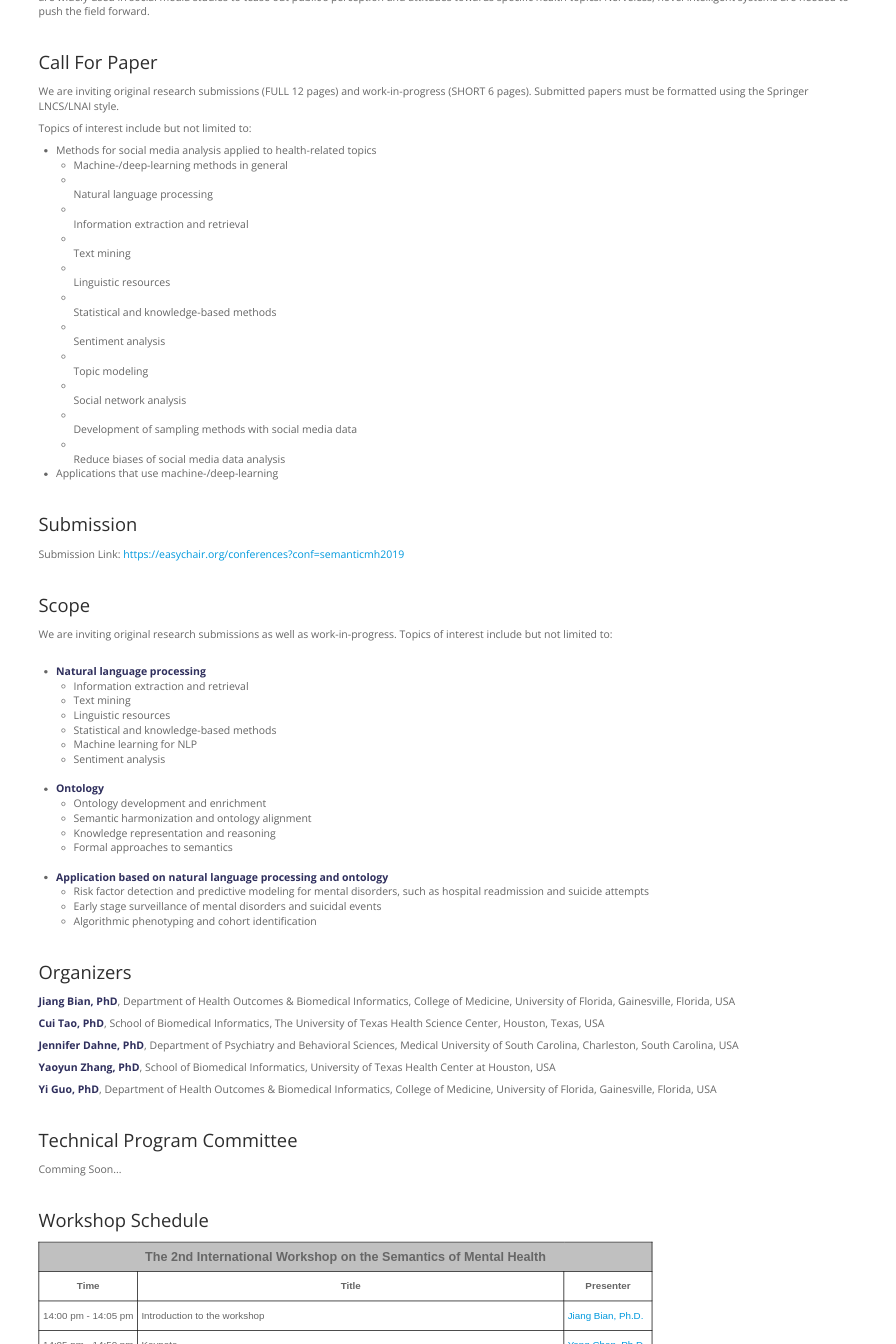
Repository: bianjiang/semantics-powered.org
Page: ISSWHR-2020/index.html
These files come from the project's save history. The page is drawn as it stood at one moment and after a run of saves; the edit follows.
The browser window is 1280 px wide. The pictures show the part of the page from y = 700 to 2620 px (the page is 3126 px tall before and 2979 px after), at 70% of full size.
Some web libraries are served in a nearby version.

Above is the page before, as saved 2019-10-26 16:58:03.
Console error (its wording comes from the project's code and is left out).

### ISSWHR-2020/index.html
<!DOCTYPE html>
<!--[if lt IE 7]>      <html class="no-js lt-ie9 lt-ie8 lt-ie7"> <![endif]-->
<!--[if IE 7]>         <html class="no-js lt-ie9 lt-ie8"> <![endif]-->
<!--[if IE 8]>         <html class="no-js lt-ie9"> <![endif]-->
<!--[if gt IE 8]><!-->
<html class="no-js">
<!--<![endif]-->

<head>
  <meta charset="utf-8">
  <meta http-equiv="X-UA-Compatible" content="IE=edge,chrome=1">
  <title></title>
  <meta name="description" content="">
  <meta name="viewport" content="width=device-width">

  <link rel="stylesheet" href="css/bootstrap.min.css">
  <style>
    body {
      padding-top: 60px;
      padding-bottom: 40px;
    }
  </style>
  <link rel="stylesheet" href="css/bootstrap-responsive.min.css">
  <link rel="stylesheet" href="css/main.css">

  <script src="js/vendor/modernizr-2.6.2-respond-1.1.0.min.js"></script>
</head>

<body class="preview" id="top" data-spy="scroll" data-target=".subnav" data-offset="80">
  <!--[if lt IE 7]>
            <p class="chromeframe">You are using an <strong>outdated</strong> browser. Please <a href="http://browsehappy.com/">upgrade your browser</a> or <a href="http://www.google.com/chromeframe/?redirect=true">activate Google Chrome Frame</a> to improve your experience.</p>
        <![endif]-->

  <!-- This code is taken from http://twitter.github.com/bootstrap/examples/hero.html -->

  <div class="navbar navbar-fixed-top">
    <div class="navbar-inner">
      <div class="container">

        <a class="btn btn-navbar" data-toggle="collapse" data-target=".nav-collapse">
                        <span class="icon-bar"></span>
                        <span class="icon-bar"></span>
                        <span class="icon-bar"></span>
                    </a>
        <a class="brand" href="#">&nbsp;</a>
        <div class="nav-collapse collapse">
          <ul class="nav">
            <li class="active"><a href="#">Home</a></li>
            <!--
                            <li><a href="#aboutxx">About</a></li>
                            <li><a href="#contact">Contact</a></li>
                            -->
          </ul>
        </div>

      </div>

    </div>
  </div>

  <div class="container">

    <!-- Main hero unit for a primary marketing message or call to action -->
    <!--
            <div class="hero-unit">
                <h1>Hello, world!</h1>
                <p>This is a template for a simple marketing or informational website. It includes a large callout called the hero unit and three supporting pieces of content. Use it as a starting point to create something more unique.</p>
                <p><a class="btn btn-primary btn-large">Learn more &raquo;</a></p>
            </div>
            -->
    <!-- Masthead
================================================== -->
    <header class="jumbotron subhead" id="overview">
      <div class="row">
        <div class="span12">
          <br/>
          <h2>Intelligent Systems in Social Web and Health Research 2020 (ISSWHR 2020)</h2>
          <p>In conjunction with the <a href="https://jsasaki3.wixsite.com/ieaaie2020" target="_blank">The 33th International Conference on Industrial, Engineering & Other Applications of Applied Intelligent Systems</a> (IEA/AIE 2020)</p>
          <p>To be held in Kitakyushu, Japan</p>
          <p>July 21-24, 2020</p>
        </div>
        <div class="span6">
          <!--
      <div class="bsa well">
          <div id="bsap_1277971" class="bsarocks bsap_c466df00a3cd5ee8568b5c4983b6bb19"></div>
      </div>
    -->
        </div>
      </div>
      <div class="subnav">
        <ul class="nav nav-pills">
          <li><a href="#history">History</a></li>
          <li><a href="#overview">Overview</a></li>
          <!-- <li><a href="#audience">Audience</a></li> -->
          <li><a href="#callforpaper">Call For Paper</a></li>
          <li><a href="#submissions">Submission</a></li>
          <!-- <li><a href="#rational">Rational</a></li>
          <li><a href="#workshopstructure">Workshop Structure</a></li> -->
          <!-- <li><a href="#publicity">Publicity</a></li> -->
          <li><a href="#scope">Scope</a></li>
          <li><a href="#organizers">Organizers</a></li>
          <li><a href="#techprogcom">Technical Program Committee</a></li>
        </ul>
      </div>
    </header>

    <!-- <section id="History">
      <div class="row">
        <div class="span12">
          <h3>History</h3>
          <p>The 1st International Workshop on the Semantics of Mental Health (SemanticMH 2018) was successfully organized and hosted in conjunction with the sixth IEEE International Conference on Healthcare Informatics (ICHI 2018) on June 7th, 2018 in New York City, NY, USA.  Overall, we received 7 high quality submissions and we accepted 6 of them.  The accepted papers were published in the IEEE ICHI 2018 workshop proceedings; and we invited the authors of these 6 accepted papers to submit an extended journal version to a special issue (“Special Issue: Semantics of Mental Health”) in the Health Informatics Journal (IF 3.021).
           All authors presented their work in ICHI 2018; and we have invited two keynote speakers (i.e., Drs. Jessie Tenenbaum and Piper Ranallo) from the Mental Health Informatics Working Group (WG) of the American Medical Informatics Association (AMIA) to present a report from the WG titled, “Mental Health Informatics and Knowledge Representation.”  Overall, SemanticsMH 2018 was highly successful and facilitated the exchange of scholar ideas from a group of interdisciplinary researches.
        </p>
        </div>
      </div>
    </section> -->

    <section id="overview">
      <div class="row">
        <div class="span12">
          <h3>Overview</h3>
          <p>Many health behaviors and decisions, despite being an individual choice, are often influenced by social and cultural context.  As people's activities and communication on the Web increase, information about their social activities and interactions become more available.  User-generated contents on the social web including Twitter, Facebook, Instagram, web sites, and blogs, as well as the future semantic web, afford us enormous opportunity for health-related research.  Today’s researchers are mining these big datasets for patterns and trends that can lead to new hypotheses, new discoveries, and new interventions.  How can you tap into the wealth of social web data to understand the intersections of individual behaviors, social-environmental factors, and social interactions to answer scientific questions?  How can you leverage the new communication landscape (Internet penetration, online communities, social media, and wikis) to design health interventions and improve measurement of outcomes (e.g., clinical trial recruitment, risk perception, decision making, and attitudes)?

            Nevertheless, there are also numerous challenges in using social web data for health-related research.  For example, social web users are different from the general population.  Twitter users are younger than the general population.  Thus, the representativeness of social media populations should be carefully considered when interpreting study findings.  The presence of bots and fake accounts may also distort the representativeness of our findings.  Further, the way how social media data are collected may lead to variations in the sampling units in social media studies, which may lead to data selection bias.  An adequate understanding of the inherent limitations in social media data is always important.

            Many social media and health related studies leverage state-of-the-art machine-/deep-learning methods and tools.  For example, sentiment analysis and topic modeling approaches are widely used in social media studies to tease out public’s perception and attitudes towards specific health topics.  Nerveless, novel intelligent systems are needed to push the field forward.
            </p>
        </div>
      </div>
    </section>

    <!-- <section id="audience">
      <div class="row">
        <div class="span12">
          <h3>Audience</h3>
          <p>The goal of this workshop is to bring experts in the field of natural language processing, knowledge representation, knowledge management, and health data analytics to discuss innovative analytical methods, applications, and tools to address problems in mental health.
        </p>
        </div>
      </div>
    </section> -->

    <section id="callforpaper">
      <div class="row">
        <div class="span12">
          <h3>Call For Paper</h3>
          <p>We are inviting original research submissions (FULL 12 pages) and work-in-progress (SHORT 6 pages).  Submitted papers must be formatted using the Springer LNCS/LNAI style.</p>
          <p>Topics of interest include but not limited to:</p>
          <ul>
            <li>Methods for social media analysis applied to health-related topics
              <ul>
                <li>Machine-/deep-learning methods in general</li>
                <li></li>Natural language processing
                <li></li>Information extraction and retrieval
                <li></li>Text mining
                <li></li>Linguistic resources
                <li></li>Statistical and knowledge-based methods
                <li></li>Sentiment analysis
                <li></li>Topic modeling
                <li></li>Social network analysis
                <li></li>Development of sampling methods with social media data
                <li></li>Reduce biases of social media data analysis

              </ul>
            </li>
            <li>Applications that use machine-/deep-learning</li>
          </ul>
        </div>
      </div>
    </section>

    <section id="submissions">
      <div class="row">
        <div class="span12">
          <h3>Submission</h3>
          <p>Submission Link: <a href="https://easychair.org/conferences?conf=semanticmh2019" target="_blank">https://easychair.org/conferences?conf=semanticmh2019</a></p>
        </div>
      </div>
    </section>
    <!-- <section id="rational">
      <div class="row">
        <div class="span12">
          <h3>Rational</h3>
          <p>Our proposed workshop aims to provide an international platform for the researchers and scientists in the mental health communities to demonstrate research progresses, share ideas, address questions, and promote collaborations for better representation and analysis of mental health-related terminologies and clinical and research data.
        </p>
        </div>
      </div>
    </section> -->

    <!-- <section id="workshopstructure">
      <div class="row">
        <div class="span12">
          <h3>Workshop Structure</h3>
          <p>We propose a half-day SemanticMH workshop for this year. We will arrange 3 hours for paper presentations and 1 hour for extensive discussions. Different sessions will be arranged based on the topics of presentations. Depending on the number of papers accepted for presentation, each paper presentation will be restricted to 10-25 minutes for a full-length paper, and 5-15 minutes for a short-length paper. All the papers will be submitted and handled through EasyChair and go through peer reviews by at least two reviewers. After the full papers are accepted, we will work with the Health Informatics editors and reviewers to decide which papers will be formally invited for extension to be included in a thematic series in the Health Informatics journal.
        </p>
        </div>
      </div>
    </section>


    <section id="publicity">
      <div class="row">
        <div class="span12">
          <h3>Publicity</h3>
          <p>Various methods will be used for advertisement, including: (i) posting in email mailing lists and through private emails; (ii) creating a workshop discussion email list address and using it for sharing news and posting, (iii) posting in influential websites, (iv) phone calls to colleagues and friends who may be interested, (v) generating a workshop website dedicated to this event, and inviting potential attendees to visit, and (vi) generating a social networking website in LinkedIn to attract public attention, participation, and discussion. The main difference between the workshop website and the LinkedIn website will be that the workshop website is dedicated for posting the workshop information, and the LinkedIn website is used for social networking.
        </p>
        </div>
      </div>
    </section> -->

    <section id="scope">

      <div class="row">
        <div class="span12">
          <h3>Scope</h3>
          <p>We are inviting original research submissions as well as work-in-progress.
            Topics of interest include but not limited to:
          </p>
          <br>
          <ul>
            <li>
              <b>Natural language processing</b>
              <ul>
                <li>Information extraction and retrieval </li>
                <li>Text mining</li>
                <li>Linguistic resources</li>
                <li>Statistical and knowledge-based methods</li>
                <li>Machine learning for NLP</li>
                <li>Sentiment analysis</li>
              </ul>
            </li>
            <br>
            <li>
              <b>Ontology</b>
              <ul>
                <li>Ontology development and enrichment </li>
                <li>Semantic harmonization and ontology alignment</li>
                <li>Knowledge representation and reasoning</li>
                <li>Formal approaches to semantics</li>
              </ul>
            </li>
            <br>
            <li>
              <b>Application based on natural language processing and ontology</b>
              <ul>
                <li>Risk factor detection and predictive modeling for mental disorders, such as hospital readmission and suicide attempts</li>
                <li>Early stage surveillance of mental disorders and suicidal events </li>
                <li>Algorithmic phenotyping and cohort identification </li>
              </ul>
            </li>
          </ul>


        </div>
      </div>
    </section>

    <section id="organizers">
      <div class="row">
        <div class="span12">
          <h3>Organizers</h3>
          <p><b>Jiang Bian, PhD</b>, Department of Health Outcomes & Biomedical Informatics, College of Medicine, University of Florida, Gainesville, Florida, USA</p>
          <p><b>Cui Tao, PhD</b>, School of Biomedical Informatics, The University of Texas Health Science Center, Houston, Texas, USA</p>
          <p><b>Jennifer Dahne, PhD</b>, Department of Psychiatry and Behavioral Sciences, Medical University of South Carolina, Charleston, South Carolina, USA</p>
          <p><b>Yaoyun Zhang, PhD</b>, School of Biomedical Informatics, University of Texas Health Center at Houston, USA</p></p>
          <p><b>Yi Guo, PhD</b>, Department of Health Outcomes & Biomedical Informatics, College of Medicine, University of Florida, Gainesville, Florida, USA</p></p>
        </div>
      </div>
    </section>

    <section id="techprogcom">
      <div class="row">
        <div class="span12">
          <h3>Technical Program Committee</h3>
          <p>Comming Soon...</p>
        </div>
      </div>
    </section>

    <section id="schedule">
      <div class="row">
        <div class="span12">
          <h3>Workshop Schedule</h3>
          <div>
            <style type="text/css">
              .tg  {border-collapse:collapse;border-spacing:0;}
              .tg td{font-family:Arial, sans-serif;font-size:14px;padding:10px 5px;border-style:solid;border-width:1px;overflow:hidden;word-break:normal;border-color:black;}
              .tg th{font-family:Arial, sans-serif;font-size:14px;font-weight:normal;padding:10px 5px;border-style:solid;border-width:1px;overflow:hidden;word-break:normal;border-color:black;}
              .tg .tg-s6z2{text-align:center}
              .tg .tg-baqh{text-align:center;vertical-align:top}
              .tg .tg-j8xs{font-weight:bold;font-size:18px;background-color:#c0c0c0;text-align:center;vertical-align:top}
              .tg .tg-hgcj{font-weight:bold;text-align:center}
              .tg .tg-amwm{font-weight:bold;text-align:center;vertical-align:top}
              .tg .tg-s268{text-align:left}
              .tg .tg-0lax{text-align:left;vertical-align:top}
              .tg .tg-8zwo{font-style:italic;text-align:left;vertical-align:top}
              </style>
              <table class="tg" style="undefined;table-layout:fixed;width:876px;">
              <colgroup>
              <col style="width: 141px">
              <col style="width: 609px">
              <col style="width: 126px">
              </colgroup>
                <tr>
                  <th class="tg-j8xs" colspan="3">The 2nd International Workshop on the Semantics of Mental Health</th>
                </tr>
                <tr>
                  <td class="tg-hgcj">Time</td>
                  <td class="tg-hgcj">Title</td>
                  <td class="tg-amwm">Presenter</td>
                </tr>
                <tr>
                  <td class="tg-s6z2">14:00 pm - 14:05 pm</td>
                  <td class="tg-s268">Introduction to the workshop</td>
                  <td class="tg-0lax"><a target="_blank" href="https://hobi.med.ufl.edu/about/faculty-directory-2/bian-jiang/">Jiang Bian, Ph.D.</a></td>
                </tr>
                <tr>
                  <td class="tg-s6z2">14:05 pm - 14:50 pm</td>
                  <td class="tg-s268">Keynote</td>
                  <td class="tg-0lax"><a target="_blank" href="https://dbe.med.upenn.edu/biostat-research/YongChen">Yong Chen, Ph.D.</a></td>
                </tr>
                <tr>
                  <td class="tg-baqh">14:50 pm - 15:10 pm</td>
                  <td class="tg-8zwo">Assessing depression risk in Chinese microblogs: a corpus and machine learning methods</td>
                  <td class="tg-0lax">Shuai Chen</td>
                </tr>
                <tr>
                  <td class="tg-baqh">15:10 pm - 15:30 pm</td>
                  <td class="tg-8zwo">Analysis of Twitter to Identify Topics Related to Eating Disorder Symptoms</td>
                  <td class="tg-0lax">Sicheng Zhou</td>
                </tr>
                <tr>
                  <td class="tg-baqh">15:30 pm - 16:00 pm</td>
                  <td class="tg-amwm">Coffee Break</td>
                  <td class="tg-0lax"></td>
                </tr>
                <tr>
                  <td class="tg-baqh">16:00 pm - 16:20 pm</td>
                  <td class="tg-8zwo">PSPS: A pharmacological substances prediction system based on biomedical literature,data</td>
                  <td class="tg-0lax">Jinhe Gao</td>
                </tr>
                <tr>
                  <td class="tg-baqh">16:20 pm - 16:40 pm</td>
                  <td class="tg-8zwo">Combining Clinical Data and Domain Knowledge for Analyzing Mental Disorder Concept Relatedness,and Usage</td>
                  <td class="tg-0lax">Dou Wei</td>
                </tr>
                <tr>
                  <td class="tg-baqh">16:40 pm - 17:00 pm</td>
                  <td class="tg-8zwo">STAT: A Web-based Semantic Text Annotation Tool to Assist Building Mental Health Knowledge Base</td>
                  <td class="tg-0lax">Xing He</td>
                </tr>
                <tr>
                  <td class="tg-baqh">17:00 pm - 17:20 pm</td>
                  <td class="tg-8zwo">Systematic Design of Drug Repurposing-oriented Alzheimer’s Disease Ontology</td>
                  <td class="tg-0lax">Cui Tao</td>
                </tr>
              </table>
          </div>
        </div>
      </div>
    </section>
    <hr>
    <h4><b>Contact:</b> Jiang Bian; <a href="mailto:bianjiang@ufl.edu">bianjiang@ufl.edu</a></h4>
    <footer>
      <p>&copy; SemanticMH 2019</p>
    </footer>

  </div>
  <!-- /container -->

  <script src="//ajax.googleapis.com/ajax/libs/jquery/1.9.1/jquery.min.js"></script>
  <script>
    window.jQuery || document.write('<script src="js/vendor/jquery-1.9.1.min.js"><\/script>')
  </script>

  <script src="js/vendor/bootstrap.min.js"></script>

  <script src="js/plugins.js"></script>
  <script src="js/main.js"></script>
  <script>
      (function (i, s, o, g, r, a, m) {
i['GoogleAnalyticsObject'] = r; i[r] = i[r] || function () {
        (i[r].q = i[r].q || []).push(arguments)
      }, i[r].l = 1 * new Date(); a = s.createElement(o),
        m = s.getElementsByTagName(o)[0]; a.async = 1; a.src = g; m.parentNode.insertBefore(a, m)
      })(window, document, 'script', 'https://www.google-analytics.com/analytics.js', 'ga');

    ga('create', 'UA-50982144-4', 'auto');
    ga('send', 'pageview');
  </script>
</body>

</html>

Loaded but not shown: ISSWHR-2020/css/bootstrap.min.css (library); ISSWHR-2020/css/bootstrap-responsive.min.css (library); ISSWHR-2020/js/vendor/modernizr-2.6.2-respond-1.1.0.min.js (library); ISSWHR-2020/js/vendor/bootstrap.min.js (library); ISSWHR-2020/js/main.js (95 lines, source omitted); ISSWHR-2020/js/plugins.js (24 lines, source omitted); ISSWHR-2020/css/main.css (463 lines, source omitted)

After the next 14 saves:
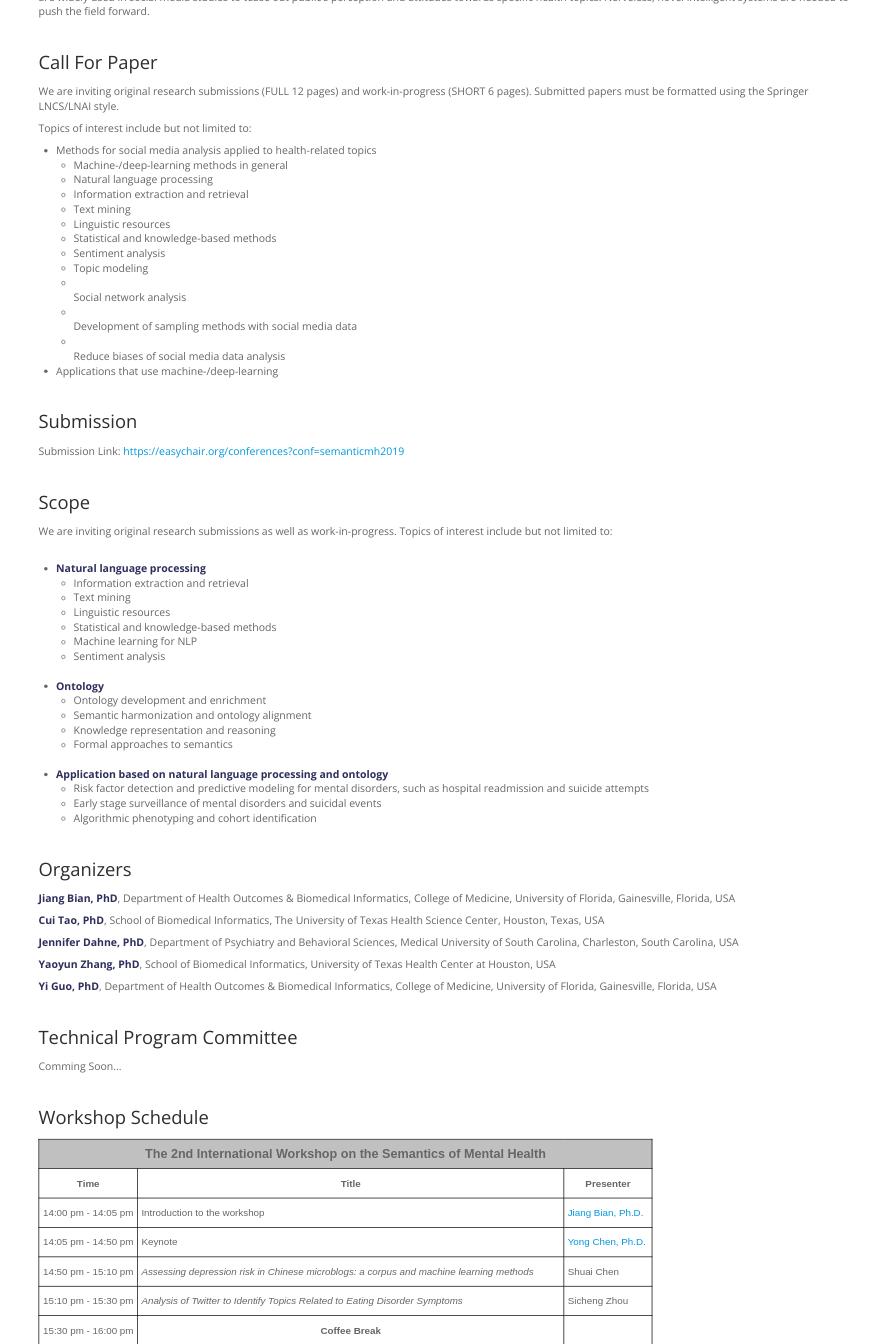
The 14 saves are shown as one change because they came seconds apart.
The last was saved 25 s later.
--- a/ISSWHR-2020/index.html
+++ b/ISSWHR-2020/index.html
@@ -149,13 +149,13 @@
             <li>Methods for social media analysis applied to health-related topics
               <ul>
                 <li>Machine-/deep-learning methods in general</li>
-                <li></li>Natural language processing
-                <li></li>Information extraction and retrieval
-                <li></li>Text mining
-                <li></li>Linguistic resources
-                <li></li>Statistical and knowledge-based methods
-                <li></li>Sentiment analysis
-                <li></li>Topic modeling
+                <li>Natural language processing</li>
+                <li>Information extraction and retrieval</li>
+                <li>Text mining</li>
+                <li>Linguistic resources</li>
+                <li>Statistical and knowledge-based methods</li>
+                <li>Sentiment analysis</li>
+                <li>Topic modeling</li>
                 <li></li>Social network analysis
                 <li></li>Development of sampling methods with social media data
                 <li></li>Reduce biases of social media data analysis
